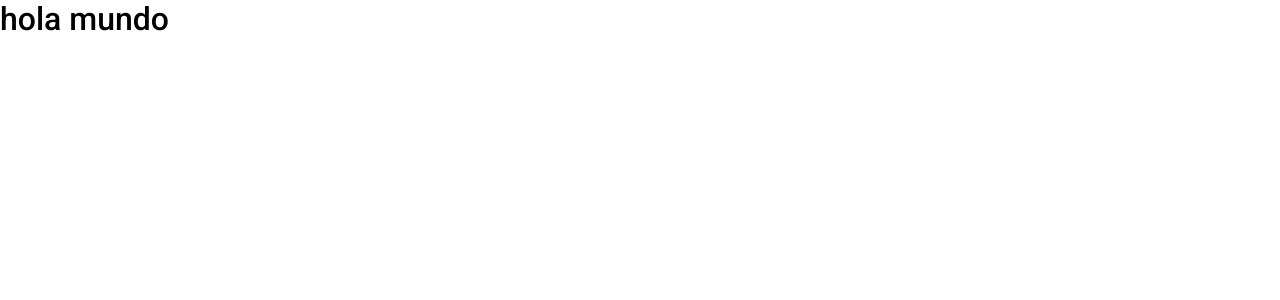
Repository: RobertAries28/ClonYoutube
Page: index.html
The author's editor kept a copy of each file at every save. The page is drawn from the files as they stood at one save, then again after the next save.
The browser window is 1280 px wide. The pictures show the whole page.

Above is the page before, as saved 2021-08-28 09:59:15.

After the next save:
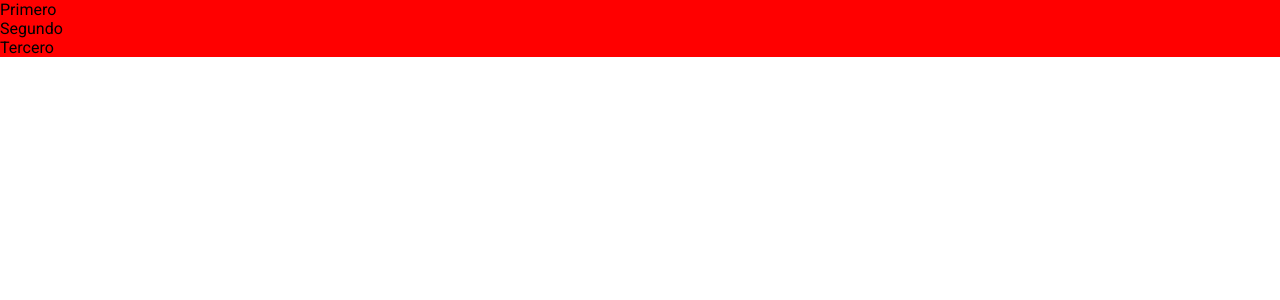
Saved 77 s later.
--- a/index.html
+++ b/index.html
@@ -9,6 +9,10 @@
     <title>Document</title>
 </head>
 <body>
-    <h1>hola mundo</h1>
+   <header class="main-header">
+       <div>Primero</div>
+       <div>Segundo</div>
+       <div>Tercero</div>
+   </header>
 </body>
 </html>
